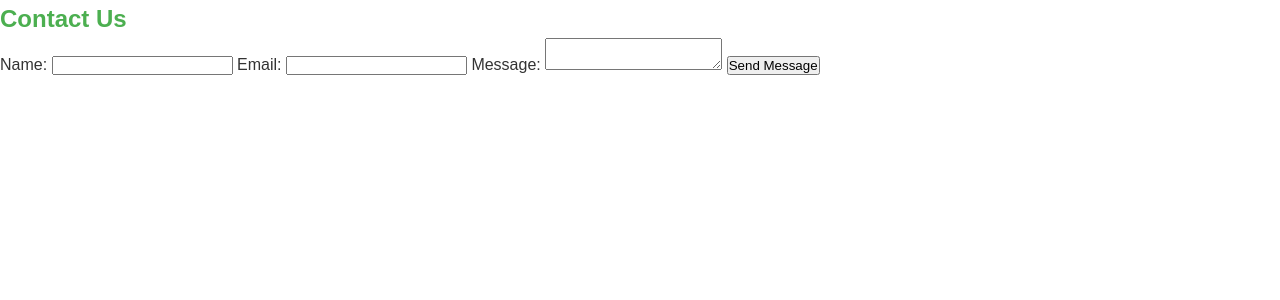
Repository: Rutuja-g/E-Cycle-Hub
Page: public/contact.html
These files come from the project's save history. The page is drawn as it stood at one moment and after the next save; the edit follows.
The browser window is 1280 px wide. The pictures show the whole page.

Above is the page before, as saved 2025-10-23 18:02:56.
Console error: SyntaxError: Invalid or unexpected token

### public/contact.html
<!DOCTYPE html>
<html lang="en">
  <head>
    <meta charset="UTF-8" />
    <meta name="viewport" content="width=device-width, initial-scale=1.0" />
    <title>Contact Us - E-Cycle Hub</title>
    <link rel="icon" href="favicon.ico" type="image/x-icon" />
    <link rel="stylesheet" href="css/reset.css" />
    <link rel="stylesheet" href="css/variables.css" />
    <link rel="stylesheet" href="css/main.css" />
  </head>
  <body>
    <header>
      <!-- Include header component here -->
    </header>

    <main>
      <section class="contact">
        <h1>Contact Us</h1>
        <form id="contact-form">
          <label for="name">Name:</label>
          <input type="text" id="name" name="name" required />
          <div id="nameError" class="error"></div>

          <label for="email">Email:</label>
          <input type="email" id="email" name="email" required />
          <div id="emailError" class="error"></div>

          <label for="message">Message:</label>
          <textarea id="message" name="message" required></textarea>
          <div id="messageError" class="error"></div>

          <button type="submit">Send Message</button>
        </form>
      </section>
    </main>

    <footer>
      <!-- Include footer component here -->
    </footer>

    <script src="js/main.js"></script>
    <script src="js/contact.js"></script>
  </body>
</html>

### public/css/reset.css
html
/* CSS Reset */
* {
    margin: 0;
    padding: 0;
    box-sizing: border-box;
}

html, body {
    height: 100%;
    font-family: Arial, sans-serif;
}

img {
    max-width: 100%;
    height: auto;
}

a {
    text-decoration: none;
    color: inherit;
}

ul {
    list-style: none;
}

button {
    cursor: pointer;
}

### public/css/variables.css
:root {
    --primary-color: #4CAF50; /* Green */
    --secondary-color: #FF5722; /* Deep Orange */
    --background-color: #F5F5F5; /* Light Grey */
    --text-color: #333; /* Dark Text */
    --font-family: 'Arial', sans-serif; /* Default Font */
    --font-size-base: 16px; /* Base Font Size */
    --font-size-large: 1.25rem; /* Large Font Size */
    --font-size-small: 0.875rem; /* Small Font Size */
    --border-radius: 5px; /* Border Radius for Buttons */
    --box-shadow: 0 2px 5px rgba(0, 0, 0, 0.1); /* Box Shadow */
}

### public/css/main.css
/* Main styles for E-Cycle Hub */

/* Reset some default styles */
body {
  margin: 0;
  font-family: var(--font-family, Arial, sans-serif);
  line-height: 1.6;
  color: var(--text-color, #333);
}

h1,
h2,
h3,
h4,
h5,
h6 {
  margin: 0;
  color: var(--primary-color, #4caf50);
}

a {
  text-decoration: none;
  color: var(--link-color, #4caf50);
  transition: color 0.3s ease;
}

a:hover {
  color: var(--link-hover-color, #388e3c);
}

/* Layout styles */
.container {
  width: 90%;
  max-width: 1200px;
  margin: auto;
}

/* Navbar styles */
nav {
  display: flex;
  justify-content: space-between;
  align-items: center;
  padding: 0 20px;
}

.logo a {
  font-size: 1.5em;
  font-weight: bold;
}

.nav-links {
  list-style: none;
  display: flex;
  gap: 20px;
}

.nav-links li a {
  padding: 10px;
  transition: background 0.3s;
}

.nav-links li a:hover {
  background: rgba(76, 175, 80, 0.1);
  border-radius: 5px;
}

.header,
.footer {
  background: var(--header-footer-bg, #f8f8f8);
  padding: 20px 0;
}

.header {
  position: sticky;
  top: 0;
  z-index: 1000;
}

.main-content {
  padding: 20px 0;
}

/* Hero section styles */
.hero {
  position: relative;
  display: flex;
  align-items: center;
  justify-content: center;
  min-height: 400px;
  overflow: hidden;
}

.hero-banner {
  position: absolute;
  top: 0;
  left: 0;
  width: 100%;
  height: 100%;
  object-fit: cover;
  z-index: -1;
}

.hero-content {
  text-align: center;
  color: white;
  background: rgba(0, 0, 0, 0.5);
  padding: 20px;
  border-radius: 8px;
}

.hero h1 {
  font-size: 2.5em;
  margin-bottom: 10px;
}

.hero p {
  font-size: 1.2em;
  margin-bottom: 20px;
}

.btn {
  display: inline-block;
  padding: 10px 20px;
  background: var(--primary-color, #4caf50);
  color: white;
  border-radius: 5px;
  transition: background 0.3s ease, transform 0.2s ease;
}

.btn:hover {
  background: var(--hover-color, #388e3c);
  transform: translateY(-2px);
}

/* Responsive styles */
@media (max-width: 768px) {
  .container {
    width: 95%;
  }

  .header,
  .footer {
    padding: 15px 0;
  }

  .hero {
    min-height: 300px;
  }

  .hero h1 {
    font-size: 2em;
  }

  .hero p {
    font-size: 1em;
  }
}

@media (max-width: 480px) {
  .hero {
    flex-direction: column;
    text-align: center;
  }

  .hero-content {
    padding: 15px;
  }

  .hero h1 {
    font-size: 1.8em;
  }

  .hero p {
    font-size: 0.9em;
  }

  /* Navbar responsive */
  .nav-links {
    display: none;
  }

  /* Footer responsive */
  .footer-content {
    flex-direction: column;
    text-align: center;
  }

  .footer-links ul {
    flex-direction: column;
    gap: 10px;
  }

  /* Grid responsive */
  .grid--featured {
    grid-template-columns: repeat(auto-fit, minmax(200px, 1fr));
  }
}

/* Product card styles (updated for .card class used by main.js) */
.card {
  border: 1px solid #ddd;
  border-radius: 8px;
  padding: 15px;
  margin: 10px;
  text-align: center;
  background: white;
  box-shadow: 0 2px 5px rgba(0, 0, 0, 0.1);
  transition: transform 0.3s ease, box-shadow 0.3s ease;
}

.card:hover {
  transform: translateY(-5px);
  box-shadow: 0 4px 10px rgba(0, 0, 0, 0.2);
}

.card img {
  max-width: 100%;
  height: auto;
  border-radius: 5px;
}

.card .card-title {
  margin: 10px 0;
  font-size: 1.2em;
}

.card .price {
  color: var(--price-color, #e91e63);
  font-weight: bold;
  font-size: 1.1em;
}

.card .btn {
  margin-top: 10px;
}

/* Featured products grid */
.grid--featured {
  display: grid;
  grid-template-columns: repeat(auto-fit, minmax(250px, 1fr));
  gap: 20px;
  padding: 20px 0;
}

/* Cart styles */
.cart-item {
  display: flex;
  justify-content: space-between;
  padding: 10px 0;
  border-bottom: 1px solid #ddd;
}

.cart-item img {
  width: 50px;
  height: auto;
}

.cart-total {
  font-weight: bold;
  font-size: 1.2em;
}

/* Checkout styles */
.checkout-form {
  display: flex;
  flex-direction: column;
}

.checkout-form input,
.checkout-form button {
  margin: 10px 0;
  padding: 10px;
  border: 1px solid #ddd;
  border-radius: 5px;
}

.checkout-form button {
  background: var(--primary-color, #4caf50);
  color: white;
  cursor: pointer;
}

.checkout-form button:hover {
  background: var(--hover-color, #388e3c);
}

/* Product details styles */
.product-details {
  max-width: 1200px;
  margin: 0 auto;
  padding: 20px;
  display: flex;
  flex-direction: column;
  gap: 20px;
}

.back-link {
  color: var(--primary-color, #4caf50);
  font-weight: bold;
  margin-bottom: 20px;
  display: inline-block;
}

.back-link:hover {
  color: var(--link-hover-color, #388e3c);
}

.product-image {
  flex: 1;
  max-width: 600px;
  margin: 0 auto;
}

.product-image img {
  width: 100%;
  height: auto;
  border-radius: 8px;
  box-shadow: 0 4px 10px rgba(0, 0, 0, 0.1);
}

.product-info {
  flex: 1;
  padding: 20px;
  background: white;
  border-radius: 8px;
  box-shadow: 0 2px 5px rgba(0, 0, 0, 0.1);
}

.product-info h1 {
  font-size: 2em;
  margin-bottom: 10px;
}

.product-price {
  font-size: 1.5em;
  color: var(--price-color, #e91e63);
  font-weight: bold;
  margin-bottom: 20px;
}

.product-info p {
  line-height: 1.6;
  margin-bottom: 20px;
}

.product-info .btn {
  margin-top: 20px;
}

/* Responsive for product details */
@media (max-width: 768px) {
  .product-details {
    flex-direction: column;
  }

  .product-image,
  .product-info {
    flex: none;
    width: 100%;
  }

  .product-info {
    padding: 15px;
  }

  .product-info h1 {
    font-size: 1.8em;
  }

  .product-price {
    font-size: 1.3em;
  }
}

/* Footer styles */
.footer {
  background: var(--header-footer-bg, #f8f8f8);
}

.footer-content {
  display: flex;
  justify-content: space-between;
  align-items: center;
  flex-wrap: wrap;
  gap: 20px;
}

.footer-logo h2 {
  margin: 0;
}

.footer-links ul {
  list-style: none;
  display: flex;
  gap: 15px;
}

.footer-links li a {
  color: var(--text-color, #333);
}

.footer-social a {
  margin: 0 5px;
  font-size: 1.5em;
  color: var(--primary-color, #4caf50);
}

.footer-bottom {
  text-align: center;
  margin-top: 20px;
  border-top: 1px solid #ddd;
  padding-top: 10px;
}

/* Add error styles */
.error {
  color: red;
  font-size: 0.9em;
  margin-top: 5px;
  display: none;
}

/* Success popup styles */
.success-popup {
  position: fixed;
  top: 0;
  left: 0;
  width: 100%;
  height: 100%;
  background-color: rgba(0, 0, 0, 0.5);
  display: flex;
  justify-content: center;
  align-items: center;
  z-index: 1000;
}

.popup-content {
  background-color: white;
  padding: 20px;
  border-radius: 8px;
  text-align: center;
  box-shadow: 0 4px 6px rgba(0, 0, 0, 0.1);
}

.popup-content h3 {
  margin-bottom: 10px;
  color: var(--primary-color);
}

.popup-content button {
  background-color: var(--primary-color);
  color: white;
  border: none;
  padding: 10px 20px;
  border-radius: 4px;
  cursor: pointer;
  margin-top: 15px;
}

.popup-content button:hover {
  background-color: var(--primary-hover);
}

### public/js/main.js
// ...existing code...
/*
  main.js
  - Loads product data (localStorage -> products.json -> fallback)
  - Renders product cards into .grid--featured or .grid--shop
  - Injects simple search / category / sort controls and updates results instantly
  - Keeps products in localStorage under key 'ecycle_products' so admin UI can reuse them
*/

(function () {
  const STORAGE_KEY = "ecycle_products";
  const DEFAULT_MAX_FEATURED = 6;
  let products = [];
  let filtered = [];

  // small debounce helper
  function debounce(fn, wait = 180) {
    let t;
    return (...args) => {
      clearTimeout(t);
      t = setTimeout(() => fn(...args), wait);
    };
  }

  // Load products: priority -> localStorage -> products.json -> fallback
  async function loadProducts() {
    const ls = localStorage.getItem(STORAGE_KEY);
    if (ls) {
      try {
        products = JSON.parse(ls);
        return products;
      } catch (e) {
        console.warn(
          "Failed to parse products from localStorage, ignoring.",
          e
        );
      }
    }

    // try fetch products.json (relative to this script location / same folder as index)
    try {
      const resp = await fetch("assets/data/products.json", {
        cache: "no-store",
      });
      if (resp.ok) {
        const data = await resp.json();
        if (Array.isArray(data) && data.length) {
          products = data;
          saveProducts();
          return products;
        }
      } else {
        console.warn("Failed to fetch products.json: HTTP", resp.status);
      }
    } catch (e) {
      console.error("Error loading products.json:", e);
      // fetch failed — ignore and use fallback
    }

    // fallback mock data
    products = [
      {
        id: 1,
        name: "Urban Commuter",
        price: 1199,
        category: "Commuter",
        image: "img/bike1.jpg",
        description: "Lightweight e-bike optimized for city rides.",
        popularity: 8
      },
      {
        id: 2,
        name: "Trail Explorer",
        price: 1599,
        category: "Mountain",
        image: "img/bike2.jpg",
        description: "Robust suspension and long-range battery.",
        popularity: 7
      },
      {
        id: 3,
        name: "Folding City",
        price: 999,
        category: "Folding",
        image: "img/bike3.jpg",
        description: "Compact folding e-bike for easy storage.",
        popularity: 6
      },
      {
        id: 4,
        name: "Cargo Pro",
        price: 2099,
        category: "Cargo",
        image: "img/bike4.jpg",
        description: "High-capacity cargo e-bike for heavy loads.",
        popularity: 5
      },
      {
        id: 5,
        name: "Sport Racer",
        price: 1799,
        category: "Road",
        image: "img/bike5.jpg",
        description: "Fast and agile e-bike for sporty rides.",
        popularity: 9
      },
      {
        id: 6,
        name: "All-Terrain",
        price: 1449,
        category: "Hybrid",
        image: "img/bike6.jpg",
        description: "Versatile e-bike for mixed terrains.",
        popularity: 4
      },
    ];
    saveProducts();
    return products;
  }

  function saveProducts() {
    try {
      localStorage.setItem(STORAGE_KEY, JSON.stringify(products));
    } catch (e) {
      console.warn("Unable to save products to localStorage", e);
    }
  }

  // Build controls (search, category, sort) and insert before the grid if grid exists
  function buildControls(gridEl) {
    // avoid duplicating controls
    if (document.getElementById("products-controls")) return null;

    const wrapper = document.createElement("div");
    wrapper.id = "products-controls";
    wrapper.className = "products-controls container";
    wrapper.innerHTML = `
      <div class="controls-inner" style="display:flex;gap:0.75rem;flex-wrap:wrap;align-items:center;margin:1rem 0;">
        <input id="searchInput" type="search" placeholder="Search bikes by name..." aria-label="Search bikes" style="flex:1;min-width:180px;padding:0.55rem 0.75rem;border-radius:8px;border:1px solid rgba(15,23,42,0.06);">
        <select id="categorySelect" aria-label="Filter by category" style="padding:0.55rem 0.6rem;border-radius:8px;border:1px solid rgba(15,23,42,0.06);">
          <option value="all">All Categories</option>
        </select>
        <select id="sortSelect" aria-label="Sort by" style="padding:0.55rem 0.6rem;border-radius:8px;border:1px solid rgba(15,23,42,0.06);">
          <option value="featured">Featured</option>
          <option value="price-asc">Price: Low → High</option>
          <option value="price-desc">Price: High → Low</option>
          <option value="popularity">Popularity</option>
        </select>
      </div>
    `;

    // insert before grid
    gridEl.parentNode.insertBefore(wrapper, gridEl);
    return wrapper;
  }

  // Get unique categories from products
  function getCategories(list) {
    const set = new Set();
    list.forEach((p) => {
      if (p.category) set.add(p.category);
    });
    return Array.from(set).sort();
  }

  // Render cards into the provided grid element
  function renderProducts(list, gridEl, limit = DEFAULT_MAX_FEATURED) {
    gridEl.innerHTML = "";
    const items = list.slice(0, limit);

    if (!items.length) {
      gridEl.innerHTML =
        '<p style="grid-column:1/-1;color:var(--muted)">No results found.</p>';
      return;
    }

    const fragment = document.createDocumentFragment();
    items.forEach((p) => {
      const article = document.createElement("article");
      article.className = "card";
      article.innerHTML = `
        <img src="${escapeAttr(
          p.image || "img/placeholder.png"
        )}" alt="${escapeAttr(p.name)}" loading="lazy"/>
        <div class="card-body">
          <div style="min-width:0">
            <h3 class="card-title">${escapeHtml(p.name)}</h3>
            <p class="price">$${Number(p.price).toLocaleString()}</p>
          </div>
          <div style="display:flex;align-items:center;gap:0.5rem;">
            <a class="btn ghost" href="product.html?id=${encodeURIComponent(
              p.id
            )}" aria-label="View details for ${escapeAttr(
        p.name
      )}">View Details</a>
          </div>
        </div>
      `;
      fragment.appendChild(article);
    });

    gridEl.appendChild(fragment);
  }

  // Simple escaping helpers
  function escapeHtml(s = "") {
    return String(s).replace(/[&<>"']/g, function (m) {
      return {
        "&": "&amp;",
        "<": "<",
        ">": ">",
        '"': """,
        "'": "&#39;",
      }[m];
    });
  }
  function escapeAttr(s = "") {
    return String(s).replace(/"/g, """);
  }

  // Apply filters based on control values
  function applyFilters(limit = DEFAULT_MAX_FEATURED) {
    const q = (document.getElementById("searchInput")?.value || "")
      .trim()
      .toLowerCase();
    const category = document.getElementById("categorySelect")?.value || "all";
    const sort = document.getElementById("sortSelect")?.value || "featured";

    filtered = products.filter((p) => {
      const matchesSearch =
        !q ||
        (p.name && p.name.toLowerCase().includes(q)) ||
        (p.description && p.description.toLowerCase().includes(q));
      const matchesCat = category === "all" || p.category === category;
      return matchesSearch && matchesCat;
    });

    if (sort === "price-asc") {
      filtered.sort((a, b) => a.price - b.price);
    } else if (sort === "price-desc") {
      filtered.sort((a, b) => b.price - a.price);
    } else if (sort === "popularity") {
      filtered.sort((a, b) => (b.popularity || 0) - (a.popularity || 0));
    } else {
      // keep original order (maybe featured first)
    }

    const grid =
      document.querySelector(".grid--featured") ||
      document.querySelector(".grid--shop");
    if (grid) renderProducts(filtered, grid, limit);
  }

  // Initialize UI: build controls and wire events
  function initUI() {
    const grid =
      document.querySelector(".grid--featured") ||
      document.querySelector(".grid--shop");
    if (!grid) return;

    const isShop = grid.classList.contains("grid--shop");
    const limit = isShop ? Infinity : DEFAULT_MAX_FEATURED;

    const controls = buildControls(grid);
    // populate categories
    const catSelect = document.getElementById("categorySelect");
    if (catSelect) {
      // clear existing non 'all' options
      const cats = getCategories(products);
      cats.forEach((cat) => {
        const opt = document.createElement("option");
        opt.value = cat;
        opt.textContent = cat;
        catSelect.appendChild(opt);
      });
    }

    // hook events
    const searchInput = document.getElementById("searchInput");
    const sortSelect = document.getElementById("sortSelect");

    const debouncedApply = debounce((limit) => applyFilters(limit), 160);

    if (searchInput)
      searchInput.addEventListener("input", () => debouncedApply(limit));
    if (catSelect)
      catSelect.addEventListener("change", () => applyFilters(limit));
    if (sortSelect)
      sortSelect.addEventListener("change", () => applyFilters(limit));

    // initial render
    applyFilters(limit);
  }

  // Small UI helpers: nav toggle and footer year (keeps previous behavior)
  function uiHelpers() {
    const navToggle = document.getElementById("navToggle");
    const navList = document.querySelector(".nav-list");
    navToggle &&
      navToggle.addEventListener("click", function () {
        navList.classList.toggle("show");
      });

    const yearEl = document.getElementById("year");
    if (yearEl) yearEl.textContent = new Date().getFullYear();
  }

  // entry point
  document.addEventListener("DOMContentLoaded", async function () {
    uiHelpers();
    await loadProducts(); // populates products and saves to localStorage if needed
    initUI();
  });
})();

### public/js/contact.js
(function () {
  const MESSAGES_KEY = "contactMessages";

  function getMessages() {
    try {
      const raw = localStorage.getItem(MESSAGES_KEY);
      const messages = raw ? JSON.parse(raw) : [];
      if (!Array.isArray(messages)) {
        console.warn("Messages data is not an array, resetting to empty.");
        return [];
      }
      return messages;
    } catch (e) {
      console.error("Failed to parse messages from localStorage:", e);
      return [];
    }
  }

  function saveMessages(messages) {
    try {
      localStorage.setItem(MESSAGES_KEY, JSON.stringify(messages));
    } catch (e) {
      console.warn("Failed to save messages", e);
    }
  }

  function validateEmail(email) {
    const emailRegex = /^[^\s@]+@[^\s@]+\.[^\s@]+$/;
    return emailRegex.test(email);
  }

  function validateForm() {
    let isValid = true;
    const name = document.getElementById("name").value.trim();
    const email = document.getElementById("email").value.trim();
    const message = document.getElementById("message").value.trim();

    // Clear previous errors
    document.querySelectorAll(".error").forEach((el) => {
      el.textContent = "";
      el.style.display = "none";
    });

    if (!name) {
      showError("nameError", "Name is required.");
      isValid = false;
    }

    if (!email) {
      showError("emailError", "Email is required.");
      isValid = false;
    } else if (!validateEmail(email)) {
      showError("emailError", "Please enter a valid email address.");
      isValid = false;
    }

    if (!message) {
      showError("messageError", "Message is required.");
      isValid = false;
    }

    return isValid;
  }

  function showError(errorId, message) {
    const errorEl = document.getElementById(errorId);
    if (errorEl) {
      errorEl.textContent = message;
      errorEl.style.display = "block";
    }
  }

  function showSuccessPopup() {
    const popup = document.createElement("div");
    popup.className = "success-popup";
    popup.innerHTML = `
      <div class="popup-content">
        <h3>Message Sent!</h3>
        <p>Thank you for contacting us. We'll get back to you soon.</p>
        <button id="close-popup">OK</button>
      </div>
    `;
    document.body.appendChild(popup);

    document
      .getElementById("close-popup")
      .addEventListener("click", function () {
        popup.remove();
      });

    // Auto-remove after 5 seconds
    setTimeout(() => {
      if (popup.parentNode) {
        popup.remove();
      }
    }, 5000);
  }

  function handleFormSubmit(e) {
    e.preventDefault();

    if (!validateForm()) {
      return;
    }

    const name = document.getElementById("name").value.trim();
    const email = document.getElementById("email").value.trim();
    const message = document.getElementById("message").value.trim();

    const contactMessage = {
      id: Date.now(),
      name: name,
      email: email,
      message: message,
      date: new Date().toISOString(),
    };

    const messages = getMessages();
    messages.push(contactMessage);
    saveMessages(messages);

    // Clear form
    document.getElementById("contact-form").reset();

    // Show success popup
    showSuccessPopup();
  }

  document.addEventListener("DOMContentLoaded", function () {
    const form = document.getElementById("contact-form");
    if (form) {
      form.addEventListener("submit", handleFormSubmit);
    }
  });
})();

### public/js/components.js
// components.js - Dynamic loading of header and footer components

(function () {
  // Load component into element
  async function loadComponent(componentPath, targetElement) {
    try {
      const response = await fetch(componentPath);
      if (!response.ok) {
        throw new Error(`Failed to load ${componentPath}: ${response.status}`);
      }
      const html = await response.text();
      targetElement.innerHTML = html;
    } catch (error) {
      console.error(`Error loading component ${componentPath}:`, error);
      targetElement.innerHTML = "<p>Error loading component</p>";
    }
  }

  // Load header and footer on page load
  document.addEventListener("DOMContentLoaded", function () {
    const headerElement = document.getElementById("header");
    const footerElement = document.getElementById("footer");

    if (headerElement) {
      loadComponent("components/header.html", headerElement);
    }

    if (footerElement) {
      loadComponent("components/footer.html", footerElement);
    }
  });
})();

### public/components/header.html
<nav>
  <div class="logo">
    <a href="index.html">E-Cycle Hub</a>
  </div>
  <ul class="nav-links">
    <li><a href="shop.html">Shop</a></li>
    <li><a href="about.html">About</a></li>
    <li><a href="contact.html">Contact</a></li>
    <li><a href="cart.html">Cart</a></li>
  </ul>
</nav>

### public/components/footer.html
<div class="footer">
  <div class="container">
    <div class="footer-content">
      <div class="footer-logo">
        <h2>E-Cycle Hub</h2>
      </div>
      <div class="footer-links">
        <ul>
          <li><a href="about.html">About Us</a></li>
          <li><a href="contact.html">Contact</a></li>
          <li><a href="shop.html">Shop</a></li>
          <li><a href="cart.html">Cart</a></li>
        </ul>
      </div>
      <div class="footer-social">
        <a href="#" aria-label="Facebook"><i class="fab fa-facebook-f"></i></a>
        <a href="#" aria-label="Twitter"><i class="fab fa-twitter"></i></a>
        <a href="#" aria-label="Instagram"><i class="fab fa-instagram"></i></a>
      </div>
    </div>
    <div class="footer-bottom">
      <p>&copy; 2023 E-Cycle Hub. All rights reserved.</p>
    </div>
  </div>
</div>

After the next save:
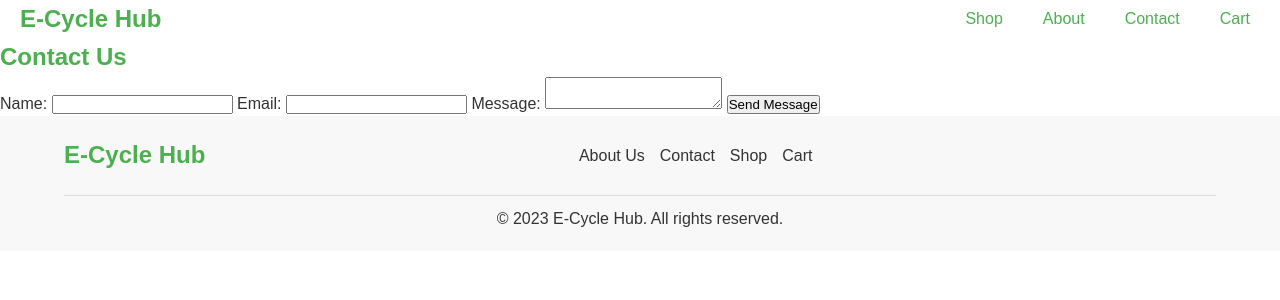
Saved 26 s later.
--- a/public/contact.html
+++ b/public/contact.html
@@ -11,7 +11,7 @@
   </head>
   <body>
     <header>
-      <!-- Include header component here -->
+      <div id="header"></div>
     </header>
 
     <main>
@@ -36,9 +36,10 @@
     </main>
 
     <footer>
-      <!-- Include footer component here -->
+      <div id="footer"></div>
     </footer>
 
+    <script src="js/components.js"></script>
     <script src="js/main.js"></script>
     <script src="js/contact.js"></script>
   </body>
